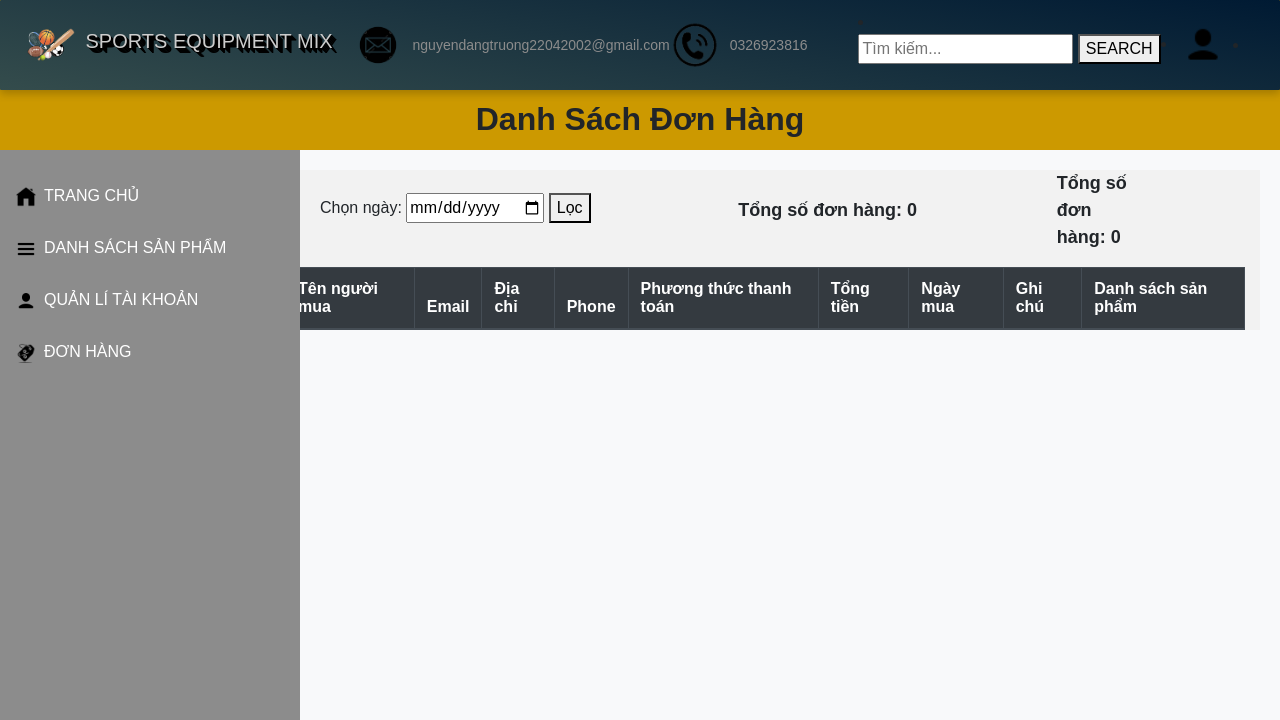
Repository: nguyendangtruong220420002/WWW-BanDungCuThietBiTheThao
Page: http://localhost/WebBanDungCuTheThao/QuanLy/DSDonHang.jsp
These files come from the project's save history. The page is drawn as it stood at one moment and after the next save; the edit follows.
The browser window is 1280 px wide. The pictures show the whole page.
The page is served by Tomcat 10. The template is opened directly, without the code that normally fills it, so the values that code supplies are empty.

Above is the page before, as saved 2024-07-22 07:38:21.

After the next save:
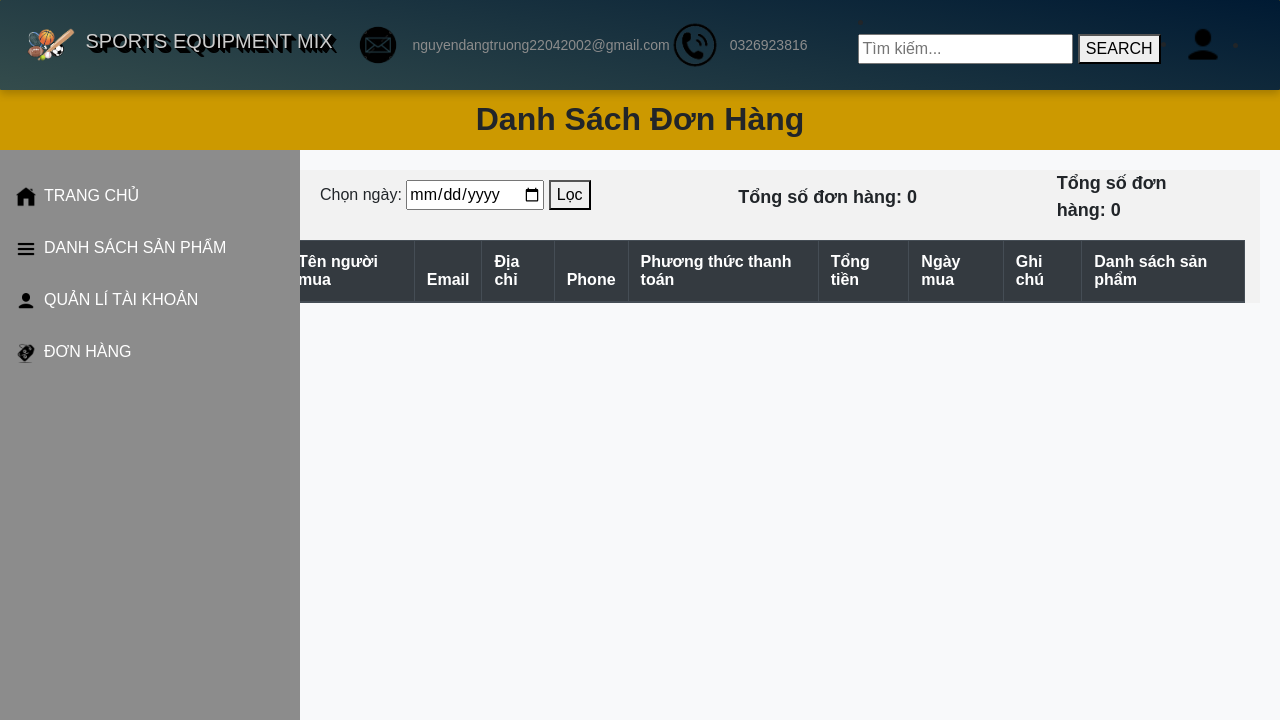
Saved 16 s later.
--- a/WebBanDungCuTheThao/src/main/webapp/QuanLy/DSDonHang.jsp
+++ b/WebBanDungCuTheThao/src/main/webapp/QuanLy/DSDonHang.jsp
@@ -305,7 +305,7 @@ main {
 						<p>Tổng số đơn hàng: ${fn:length(payments)}</p>
 					</div>
 					<div class="col-md"
-						style="font-weight: bold; font-size: 18px; margin-right: 100px">
+						style="font-weight: bold; font-size: 18px; margin-right: 50px">
 
 						<p>Tổng số đơn hàng: ${fn:length(payments)}</p>
 					</div>
